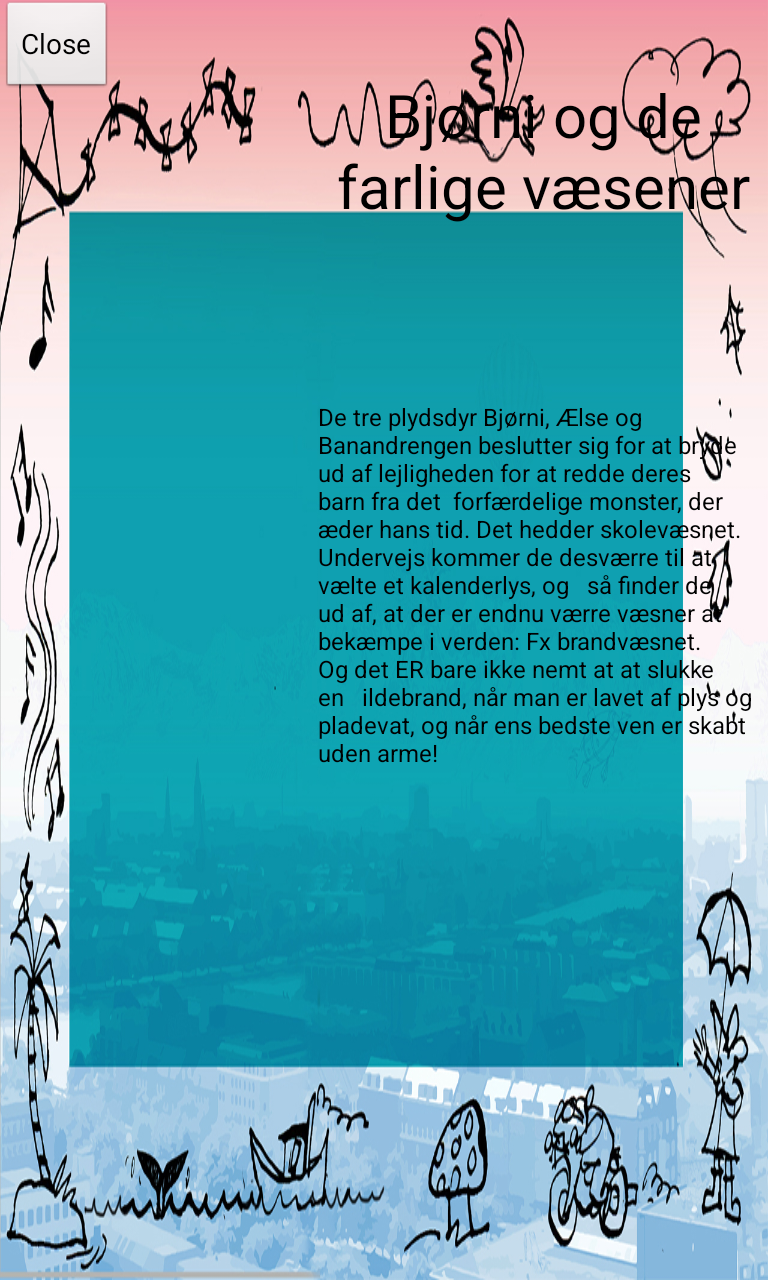
Repository: DreadMuffin/work
Layout: tablets/Historie/res/layout/popup3.xml
An editor plug-in stored every save of this project. The layout is shown before and after a run of saves, followed by the edit.
It is drawn on a 768 x 1280 px phone screen (xhdpi) without system bars, with theme android:Theme.NoTitleBar; the app's code is not run.

Above is the layout before, as saved 2015-02-26 04:44:33.

### tablets/Historie/res/layout/popup3.xml
<RelativeLayout xmlns:android="http://schemas.android.com/apk/res/android"
    android:id="@+id/popup_element3"
    xmlns:tools="http://schemas.android.com/tools"
    android:layout_width="match_parent"
    android:layout_height="match_parent"
    android:background="@drawable/popupwp"
    tools:context=".Historie" >

	<Button
	android:id="@+id/btn_close_popup"
	android:layout_width="wrap_content"
	android:layout_height="wrap_content"
	android:layout_gravity="center"
	android:text="Close" />

	<TextView
	    android:layout_width="500dp"
	    android:layout_height="75dp"
	    android:layout_above="@+id/txt"
	    android:layout_alignLeft="@+id/txt"
	    android:layout_marginBottom="88dp"
	    android:gravity="center"
	    android:text="Bjørni og de farlige væsener i den virkelige verden"
	    android:textColor="#000000"
	    android:textSize="30sp" />

	<TextView
	    android:id="@+id/txt"
	    android:layout_width="500dp"
	    android:layout_height="300dp"
	    android:layout_alignParentBottom="true"
	    android:layout_marginBottom="140dp"
	    android:layout_marginLeft="102dp"
	    android:layout_toRightOf="@+id/btn_close_popup"
	    android:text="De tre plydsdyr Bjørni, Ælse og Banandrengen beslutter sig for at bryde ud af lejligheden for at redde deres barn fra det

forfærdelige monster, der æder hans tid. Det hedder skolevæsnet. Undervejs kommer de desværre til at vælte et kalenderlys, og

så finder de ud af, at der er endnu værre væsner at bekæmpe i verden: Fx brandvæsnet. Og det ER bare ikke nemt at at slukke en

ildebrand, når man er lavet af plys og pladevat, og når ens bedste ven er skabt uden arme!"
	    android:textColor="#000000"
	    android:textSize="12sp" />

</RelativeLayout>

After the next 2 saves:
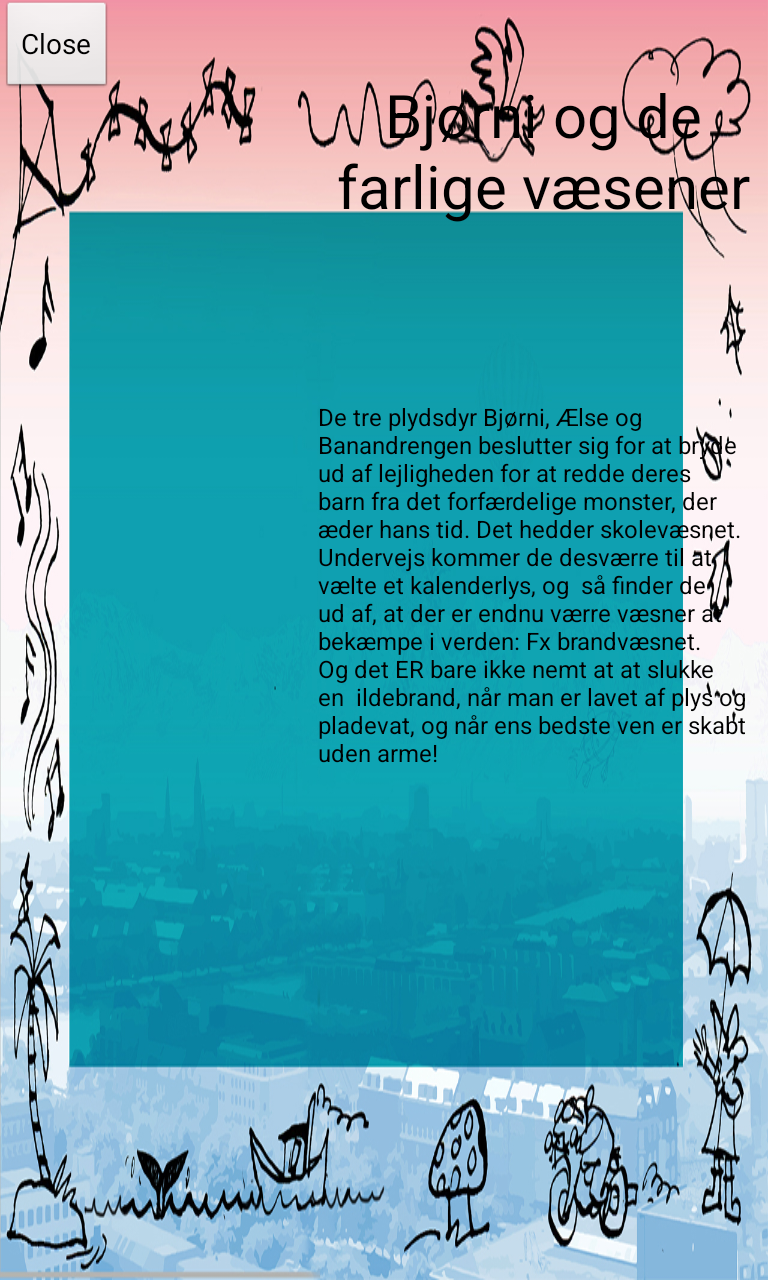
The 2 saves are shown as one change because they came seconds apart.
The last was saved 9 s later.
--- a/tablets/Historie/res/layout/popup3.xml
+++ b/tablets/Historie/res/layout/popup3.xml
@@ -1,45 +1,42 @@
 <RelativeLayout xmlns:android="http://schemas.android.com/apk/res/android"
+    xmlns:tools="http://schemas.android.com/tools"
     android:id="@+id/popup_element3"
-    xmlns:tools="http://schemas.android.com/tools"
     android:layout_width="match_parent"
     android:layout_height="match_parent"
     android:background="@drawable/popupwp"
     tools:context=".Historie" >
 
-	<Button
-	android:id="@+id/btn_close_popup"
-	android:layout_width="wrap_content"
-	android:layout_height="wrap_content"
-	android:layout_gravity="center"
-	android:text="Close" />
+    <Button
+        android:id="@+id/btn_close_popup"
+        android:layout_width="wrap_content"
+        android:layout_height="wrap_content"
+        android:layout_gravity="center"
+        android:text="Close" />
 
-	<TextView
-	    android:layout_width="500dp"
-	    android:layout_height="75dp"
-	    android:layout_above="@+id/txt"
-	    android:layout_alignLeft="@+id/txt"
-	    android:layout_marginBottom="88dp"
-	    android:gravity="center"
-	    android:text="Bjørni og de farlige væsener i den virkelige verden"
-	    android:textColor="#000000"
-	    android:textSize="30sp" />
+    <TextView
+        android:layout_width="500dp"
+        android:layout_height="75dp"
+        android:layout_above="@+id/txt"
+        android:layout_alignLeft="@+id/txt"
+        android:layout_marginBottom="88dp"
+        android:gravity="center"
+        android:text="Bjørni og de farlige væsener i den virkelige verden"
+        android:textColor="#000000"
+        android:textSize="30sp" />
 
-	<TextView
-	    android:id="@+id/txt"
-	    android:layout_width="500dp"
-	    android:layout_height="300dp"
-	    android:layout_alignParentBottom="true"
-	    android:layout_marginBottom="140dp"
-	    android:layout_marginLeft="102dp"
-	    android:layout_toRightOf="@+id/btn_close_popup"
-	    android:text="De tre plydsdyr Bjørni, Ælse og Banandrengen beslutter sig for at bryde ud af lejligheden for at redde deres barn fra det
-
+    <TextView
+        android:id="@+id/txt"
+        android:layout_width="500dp"
+        android:layout_height="300dp"
+        android:layout_alignParentBottom="true"
+        android:layout_marginBottom="140dp"
+        android:layout_marginLeft="102dp"
+        android:layout_toRightOf="@+id/btn_close_popup"
+        android:text="De tre plydsdyr Bjørni, Ælse og Banandrengen beslutter sig for at bryde ud af lejligheden for at redde deres barn fra det
 forfærdelige monster, der æder hans tid. Det hedder skolevæsnet. Undervejs kommer de desværre til at vælte et kalenderlys, og
-
 så finder de ud af, at der er endnu værre væsner at bekæmpe i verden: Fx brandvæsnet. Og det ER bare ikke nemt at at slukke en
-
 ildebrand, når man er lavet af plys og pladevat, og når ens bedste ven er skabt uden arme!"
-	    android:textColor="#000000"
-	    android:textSize="12sp" />
+        android:textColor="#000000"
+        android:textSize="12sp" />
 
 </RelativeLayout>
